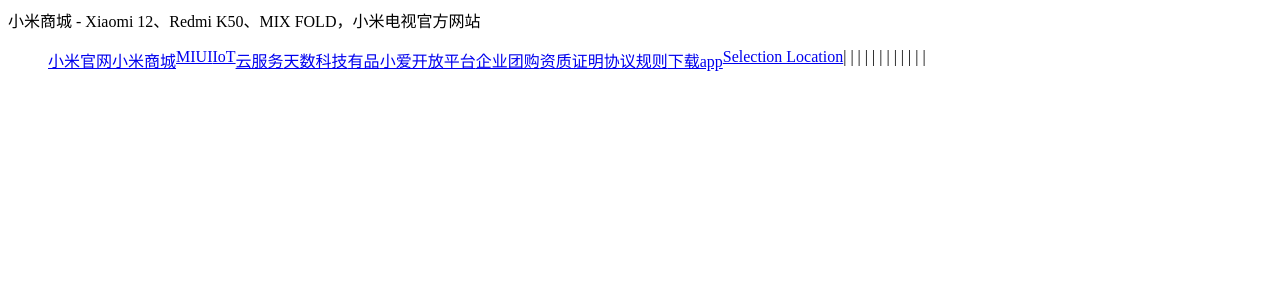
Repository: MonoYan/Mi-Homepage
Page: index.html
An editor plug-in stored every save of this project. The page is shown before and after the next save, followed by the edit.
The browser window is 1280 px wide. The pictures show the whole page.

Above is the page before, as saved 2022-11-22 16:18:20.

After the next save:
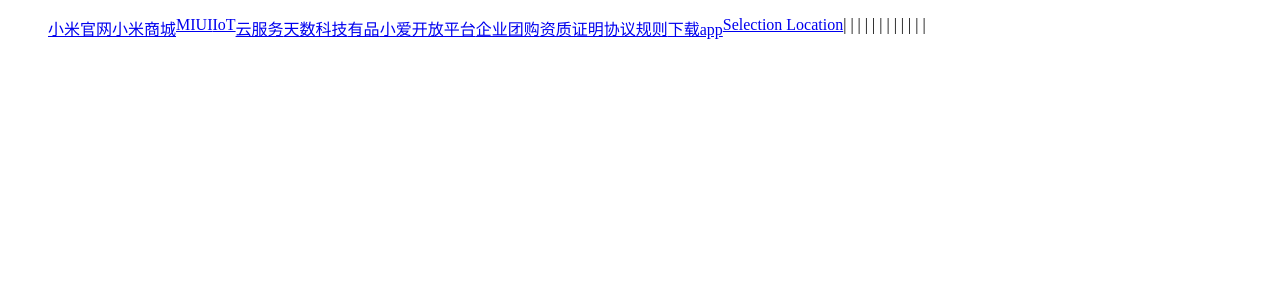
Saved 4 s later.
--- a/index.html
+++ b/index.html
@@ -4,7 +4,7 @@
     <meta charset="UTF-8">
     <meta http-equiv="X-UA-Compatible" content="IE=edge">
     <meta name="viewport" content="width=device-width, initial-scale=1.0">
-    <link rel="stylesheet" type="text/css" href="/css/style.css"
+    <link rel="stylesheet" type="text/css" href="/css/style.css">
     <title>
         小米商城 - Xiaomi 12、Redmi K50、MIX FOLD，小米电视官方网站
     </title>
